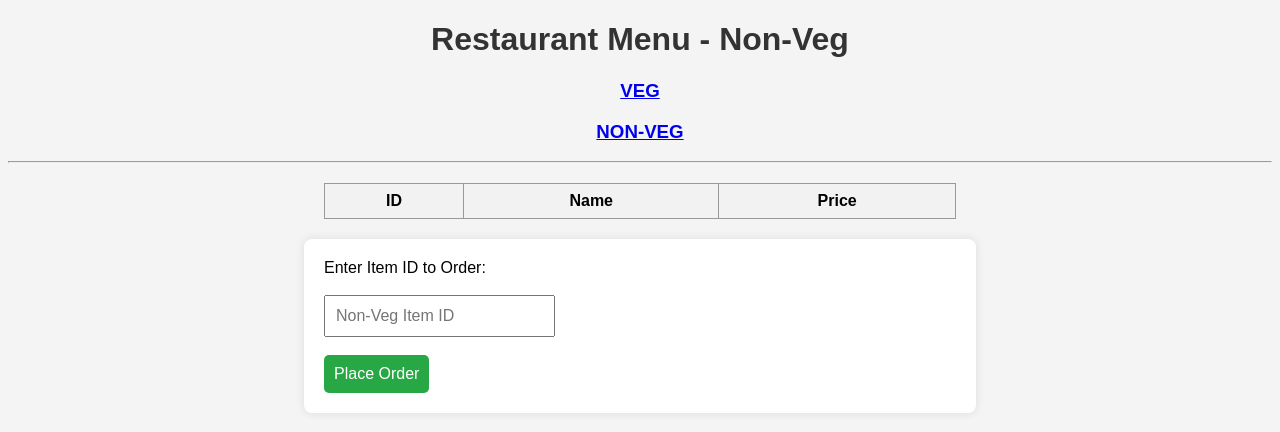
Repository: NarendraKumar-2259/ResturantManagementSystem
Page: http://localhost/Guntur_Karam/GetNonVeg
An editor plug-in stored every save of this project. The page is shown before and after the next save, followed by the edit.
The browser window is 1280 px wide. The pictures show the whole page.
The page is served by Tomcat 9. Other server files are loaded and not shown. Queries for data that is not in the repository find no rows.

Above is the page before, as saved 2024-09-28 05:17:34.

### Guntur Karam/src/main/webapp/viewnonveg.jsp
<%@ page language="java" contentType="text/html; charset=UTF-8"%>
<%@ taglib prefix="c" uri="http://java.sun.com/jsp/jstl/core" %>
<!DOCTYPE html>
<html>
<head>
<meta charset="UTF-8">
<title>Restaurant Menu - Non-Veg</title>
<style>
    body {
        font-family: Arial, sans-serif;
        background-color: #f4f4f4;
    }
    h1, h3 {
        color: #333;
    }
    table {
        width: 50%;
        margin: 20px auto;
        border-collapse: collapse;
    }
    table, th, td {
        border: 1px solid #999;
        padding: 8px;
        text-align: center;
    }
    th {
        background-color: #f2f2f2;
    }
    .order-form {
        width: 50%;
        margin: 20px auto;
        padding: 20px;
        background-color: #fff;
        box-shadow: 0px 0px 10px rgba(0, 0, 0, 0.1);
        border-radius: 8px;
    }
    input[type="text"], input[type="submit"] {
        padding: 10px;
        font-size: 16px;
    }
    input[type="submit"] {
        background-color: #28a745;
        color: #fff;
        border: none;
        cursor: pointer;
        border-radius: 5px;
    }
    input[type="submit"]:hover {
        background-color: #218838;
    }
</style>
</head>
<body>
    <center>
        <h1>Restaurant Menu - Non-Veg</h1>
        <h3><a href="GetVeg">VEG</a></h3>
        <h3><a href="GetNonVeg">NON-VEG</a></h3>
    </center>
    <hr>
    <center>
    <table>
        <tr>
            <th>ID</th>
            <th>Name</th>
            <th>Price</th>
        </tr>
        <c:forEach items="${non_veg}" var="i">
            <tr>
                <td><c:out value="${i.non_veg_id}"></c:out></td>
                <td><c:out value="${i.name}"></c:out></td>
                <td><c:out value="${i.price}"></c:out></td>
            </tr>
        </c:forEach>
    </table>
    </center>

    <!-- Order Form -->
    <div class="order-form">
        <form action="OrderNonVegServlet" method="post">
            <label for="non_veg_id">Enter Item ID to Order:</label><br><br>
            <input type="text" id="non_veg_id" name="non_veg_id" placeholder="Non-Veg Item ID"><br><br>
            <input type="submit" value="Place Order">
        </form>
    </div>
</body>
</html>

### Guntur Karam/src/main/java/com/controller/GetNonVeg.java
package com.controller;

import java.io.IOException;
import java.sql.SQLException;
import java.util.List;

import javax.servlet.RequestDispatcher;
import javax.servlet.ServletException;
import javax.servlet.annotation.WebServlet;
import javax.servlet.http.HttpServlet;
import javax.servlet.http.HttpServletRequest;
import javax.servlet.http.HttpServletResponse;

import com.dao.NonVegDAO;
import com.dao.VegDAO;
import com.model.NonVeg;
import com.model.Veg;


@WebServlet("/GetNonVeg")
public class GetNonVeg extends HttpServlet {
	private static final long serialVersionUID = 1L;


	protected void doGet(HttpServletRequest request, HttpServletResponse response) throws ServletException, IOException {
		// TODO Auto-generated method stub
		//response.getWriter().append("Served at: ").append(request.getContextPath());

		NonVegDAO dao = new NonVegDAO();
		List<NonVeg> vegitems;
		try {
			vegitems = dao.viewAll();
			request.setAttribute("non_veg", vegitems);
			RequestDispatcher rd=request.getRequestDispatcher("viewnonveg.jsp");
	        rd.forward(request, response);
		} catch (ClassNotFoundException | SQLException e) {
			// TODO Auto-generated catch block
			e.printStackTrace();
		}
	}

}

### Guntur Karam/src/main/java/com/dao/NonVegDAO.java
package com.dao;

import java.sql.Connection;
import java.sql.PreparedStatement;
import java.sql.ResultSet;
import java.sql.SQLException;
import java.util.ArrayList;
import java.util.List;

import com.model.NonVeg;


public class NonVegDAO {
	public List<NonVeg> viewAll() throws ClassNotFoundException, SQLException{
		Connection conn = ConnectionManager.getConnection();
		String query = "select* from non_veg";
		PreparedStatement ps = conn.prepareStatement(query);
		ResultSet set = ps.executeQuery();
		List<NonVeg> non_veg_list = new ArrayList<>();
		while(set.next()) {
			NonVeg obj = new NonVeg();
			obj.setNon_veg_id(set.getInt(1));
			obj.setName(set.getString(2));
			obj.setPrice(set.getString(3));
			non_veg_list.add(obj);

		}
		return non_veg_list;

	}
}

### Guntur Karam/src/main/java/com/dao/ConnectionManager.java
package com.dao;

import java.sql.Connection;
import java.sql.DriverManager;
import java.sql.SQLException;

public class ConnectionManager {
	public static Connection getConnection() throws ClassNotFoundException, SQLException {
		String driver = "com.mysql.cj.jdbc.Driver";
		String url = "jdbc:mysql://localhost:3306/rmsys";
		String username = "root";
		String password = "Ink@1234";

		Class.forName(driver);

		Connection con = DriverManager.getConnection(url, username, password);
		return con;
	}
}

After the next save:
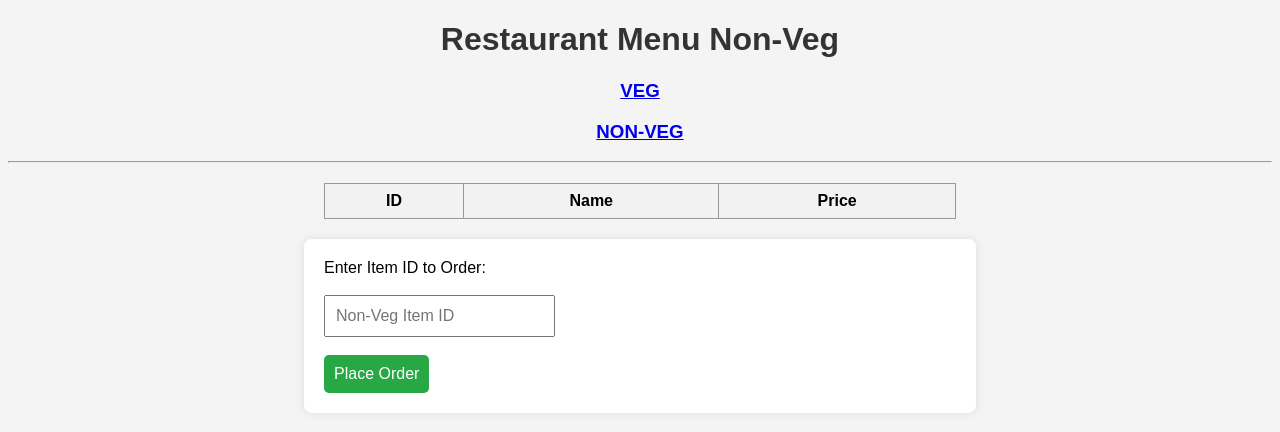
Saved 10 s later.
--- a/Guntur Karam/src/main/webapp/viewnonveg.jsp
+++ b/Guntur Karam/src/main/webapp/viewnonveg.jsp
@@ -52,7 +52,7 @@
 </head>
 <body>
     <center>
-        <h1>Restaurant Menu - Non-Veg</h1>
+        <h1>Restaurant Menu Non-Veg</h1>
         <h3><a href="GetVeg">VEG</a></h3>
         <h3><a href="GetNonVeg">NON-VEG</a></h3>
     </center>
